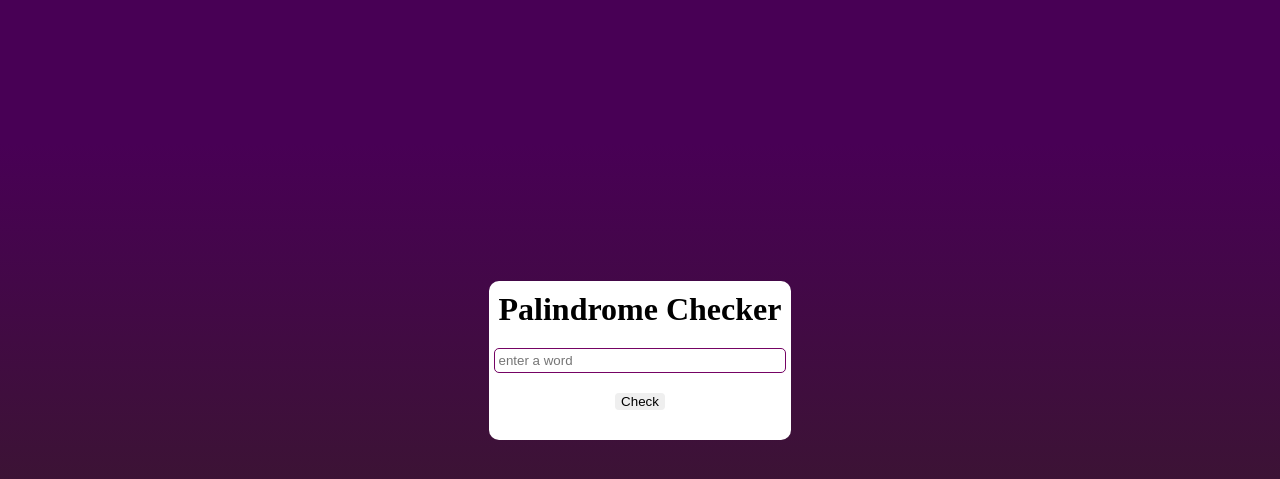
Repository: albinsabu2023/palindromeChecker
Page: index.html
These files come from the project's save history. The page is drawn as it stood at one moment and after the next save; the edit follows.
The browser window is 1280 px wide. The pictures show the whole page.

Above is the page before, as saved 2023-09-12 01:21:11.

After the next save:
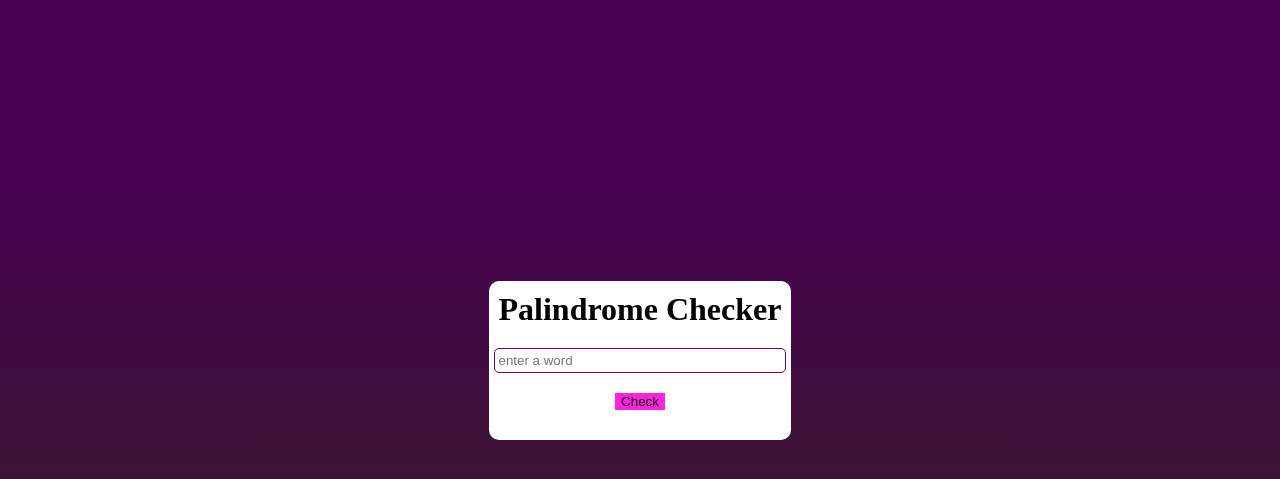
Saved 23 s later.
--- a/style.css
+++ b/style.css
@@ -31,7 +31,7 @@ body{
 }
 .container button{
     border: none;
-    border-radius: 4px;
+    background-color: rgb(255, 34, 222);
 
 
 
